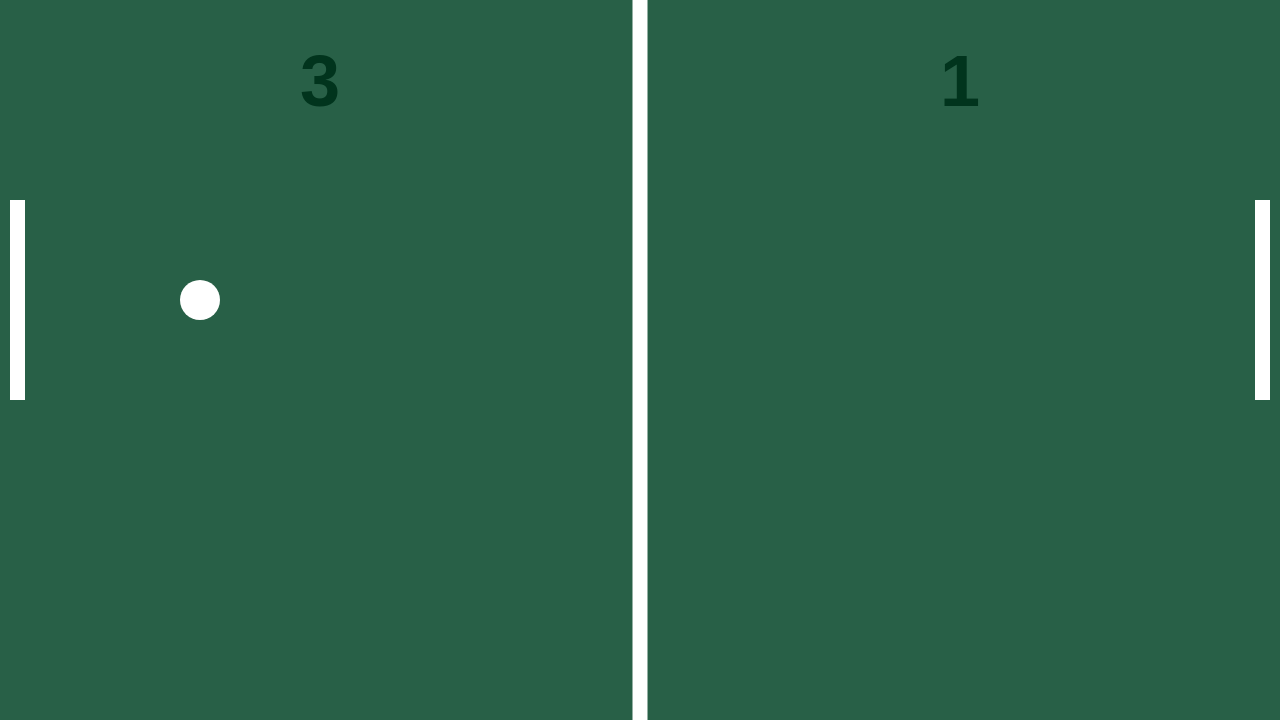
Repository: carlosrobertofigueiredo/Projeto-Ping-Pong
Page: index.html
The author's editor kept a copy of each file at every save. The page is drawn from the files as they stood at one save, then again after the next save.
The browser window is 1280 px wide. The pictures show the whole page.

Above is the page before, as saved 2023-04-24 00:23:34.

### index.html
<!DOCTYPE html>
<html lang="en">
    <head>
        <meta charset="UTF-8">
        <meta http-equiv="X-UA-Compatible" content="IE=edge">
        <meta name="viewport" content="width=device-width, initial-scale=1.0">
        <title>Jogo Ping-Pong</title>
        <style>
      *{
        overflow: hidden;
        margin: 0;
        padding: 0;
      }


    </style>
    </head>
    <body>

        <canvas></canvas>
        <script>

        //Captura o elemento canvas do DOM
        const canvasEl = document.querySelector("canvas"),
         canvasCtx = canvasEl.getContext("2d") //ativa o contexto do canvas

         const lineWidth = 15

         /*Função p/ definir altura e largura do campo*/
        function setup() {
            canvasEl.width = canvasCtx.width = window.innerWidth
            canvasEl.height = canvasCtx.height = window.innerHeight

        }

        /* Função de desenho dos elementos do campo*/
        function draw() {

            canvasCtx.fillStyle = "#286047" //fillStyle define o estilo para desenhar o objeto
            canvasCtx.fillRect(0,0, window.innerWidth, window.innerHeight) //fillRect define as medidas do retângulo


           canvasCtx.fillStyle = "#ffffff"

           //desenha a linha central

            canvasCtx.fillRect(window.innerWidth / 2 - lineWidth / 2, 0, lineWidth, window.innerHeight)


            //desenha a raquete esquerda
            canvasCtx.fillRect(10, 200, lineWidth, 200)

           //desenha a raquete direira
           canvasCtx.fillRect(window.innerWidth -lineWidth -10, 200, lineWidth, 200)

           //desenha a bolinha
           canvasCtx.beginPath()
           canvasCtx.arc(200,300, 20,0,2 * Math.PI, false)
           canvasCtx.fill()
           //desenha o placar
           canvasCtx.font = "bold 72px Arial"
           canvasCtx.textAlign = 'center'
           canvasCtx.textBaseline = 'top'
           canvasCtx.fillStyle = '#01341d'
           canvasCtx.fillText("3", window.innerWidth / 4, 50 )
           canvasCtx.fillText("1", window.innerWidth / 4 + window.innerWidth /2 , 50 )
        }



        setup()
        draw()

    </script>
    </body>
</html>

After the next save:
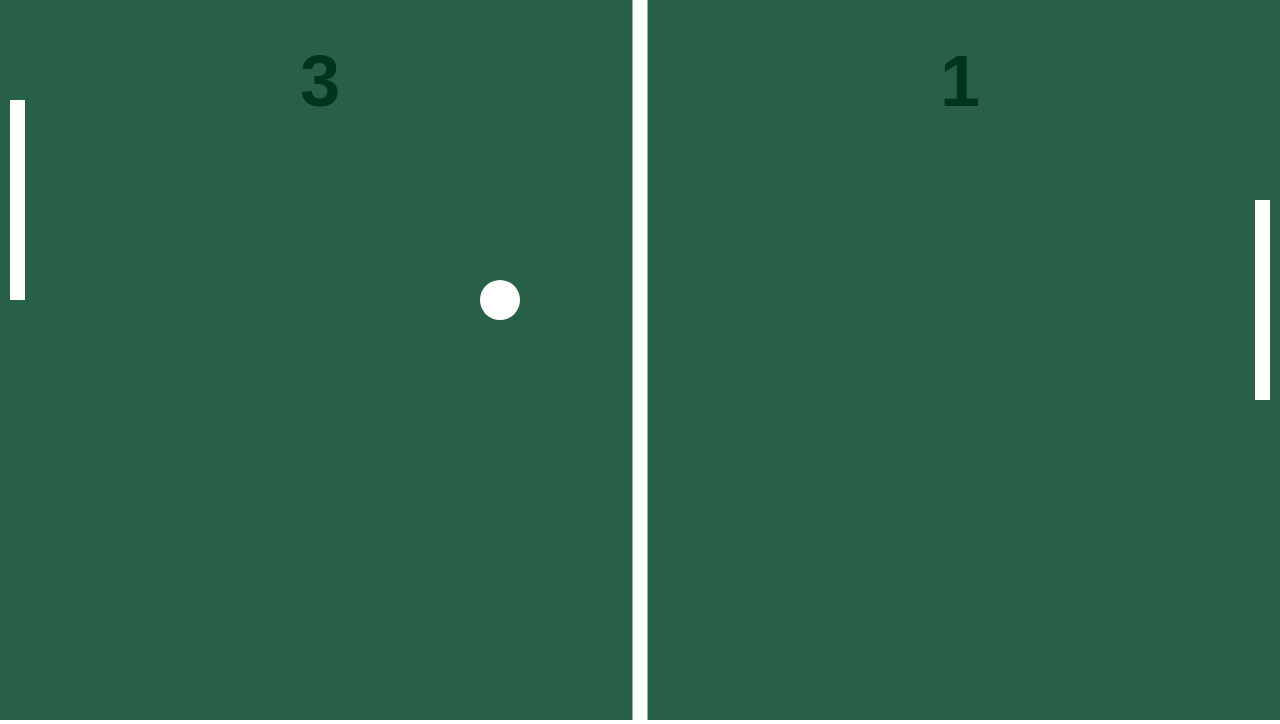
Saved 7 days later.
--- a/index.html
+++ b/index.html
@@ -1,76 +1,85 @@
 <!DOCTYPE html>
 <html lang="en">
-    <head>
-        <meta charset="UTF-8">
-        <meta http-equiv="X-UA-Compatible" content="IE=edge">
-        <meta name="viewport" content="width=device-width, initial-scale=1.0">
-        <title>Jogo Ping-Pong</title>
-        <style>
-      *{
+  <head>
+    <meta charset="UTF-8" />
+    <meta http-equiv="X-UA-Compatible" content="IE=edge" />
+    <meta name="viewport" content="width=device-width, initial-scale=1.0" />
+    <title>Jogo Ping-Pong</title>
+    <style>
+      * {
         overflow: hidden;
         margin: 0;
         padding: 0;
       }
+    </style>
+  </head>
+  <body>
+    <canvas></canvas>
+    <script>
+      const canvasEl = document.querySelector("canvas"),
+        canvasCtx = canvasEl.getContext("2d")
 
+      const lineWidth = 15
 
-    </style>
-    </head>
-    <body>
+      const field = {
+        w: window.innerWidth,
+        h: window.innerHeight,
+        draw: function () {
+          canvasCtx.fillStyle = "#286047"
+          canvasCtx.fillRect(0, 0, window.innerWidth, window.innerHeight)
+        },
+      }
+      /*Função p/ definir altura e largura do campo*/
+      function setup() {
+        canvasEl.width = canvasCtx.width = field.w
+        canvasEl.height = canvasCtx.height = field.h
+      }
 
-        <canvas></canvas>
-        <script>
+      /* Função de desenho dos elementos do campo*/
+      function draw() {
+        field.draw()
 
-        //Captura o elemento canvas do DOM
-        const canvasEl = document.querySelector("canvas"),
-         canvasCtx = canvasEl.getContext("2d") //ativa o contexto do canvas
+        canvasCtx.fillStyle = "#ffffff"
 
-         const lineWidth = 15
+        // desenha linha central
+        canvasCtx.fillRect(
+          window.innerWidth / 2 - lineWidth / 2,
+          0,
+          lineWidth,
+          window.innerHeight
+        )
 
-         /*Função p/ definir altura e largura do campo*/
-        function setup() {
-            canvasEl.width = canvasCtx.width = window.innerWidth
-            canvasEl.height = canvasCtx.height = window.innerHeight
+        // desenha a raquete esquerda
+        canvasCtx.fillRect(10, 100, lineWidth, 200)
 
-        }
+        // desenha a raquete direita
+        canvasCtx.fillRect(
+          window.innerWidth - lineWidth - 10,
+          200,
+          lineWidth,
+          200
+        )
 
-        /* Função de desenho dos elementos do campo*/
-        function draw() {
+        // desenha a bolinha
+        canvasCtx.beginPath()
+        canvasCtx.arc(500, 300, 20, 0, 2 * Math.PI, false)
+        canvasCtx.fill()
 
-            canvasCtx.fillStyle = "#286047" //fillStyle define o estilo para desenhar o objeto
-            canvasCtx.fillRect(0,0, window.innerWidth, window.innerHeight) //fillRect define as medidas do retângulo
+        // desenha o placar
+        canvasCtx.font = "bold 72px Arial"
+        canvasCtx.textAlign = "center"
+        canvasCtx.textBaseline = "top"
+        canvasCtx.fillStyle = "#01341D"
+        canvasCtx.fillText("3", window.innerWidth / 4, 50)
+        canvasCtx.fillText(
+          "1",
+          window.innerWidth / 4 + window.innerWidth / 2,
+          50
+        )
+      }
 
-
-           canvasCtx.fillStyle = "#ffffff"
-
-           //desenha a linha central
-
-            canvasCtx.fillRect(window.innerWidth / 2 - lineWidth / 2, 0, lineWidth, window.innerHeight)
-
-
-            //desenha a raquete esquerda
-            canvasCtx.fillRect(10, 200, lineWidth, 200)
-
-           //desenha a raquete direira
-           canvasCtx.fillRect(window.innerWidth -lineWidth -10, 200, lineWidth, 200)
-
-           //desenha a bolinha
-           canvasCtx.beginPath()
-           canvasCtx.arc(200,300, 20,0,2 * Math.PI, false)
-           canvasCtx.fill()
-           //desenha o placar
-           canvasCtx.font = "bold 72px Arial"
-           canvasCtx.textAlign = 'center'
-           canvasCtx.textBaseline = 'top'
-           canvasCtx.fillStyle = '#01341d'
-           canvasCtx.fillText("3", window.innerWidth / 4, 50 )
-           canvasCtx.fillText("1", window.innerWidth / 4 + window.innerWidth /2 , 50 )
-        }
-
-
-
-        setup()
-        draw()
-
+      setup()
+      draw()
     </script>
-    </body>
+  </body>
 </html>
